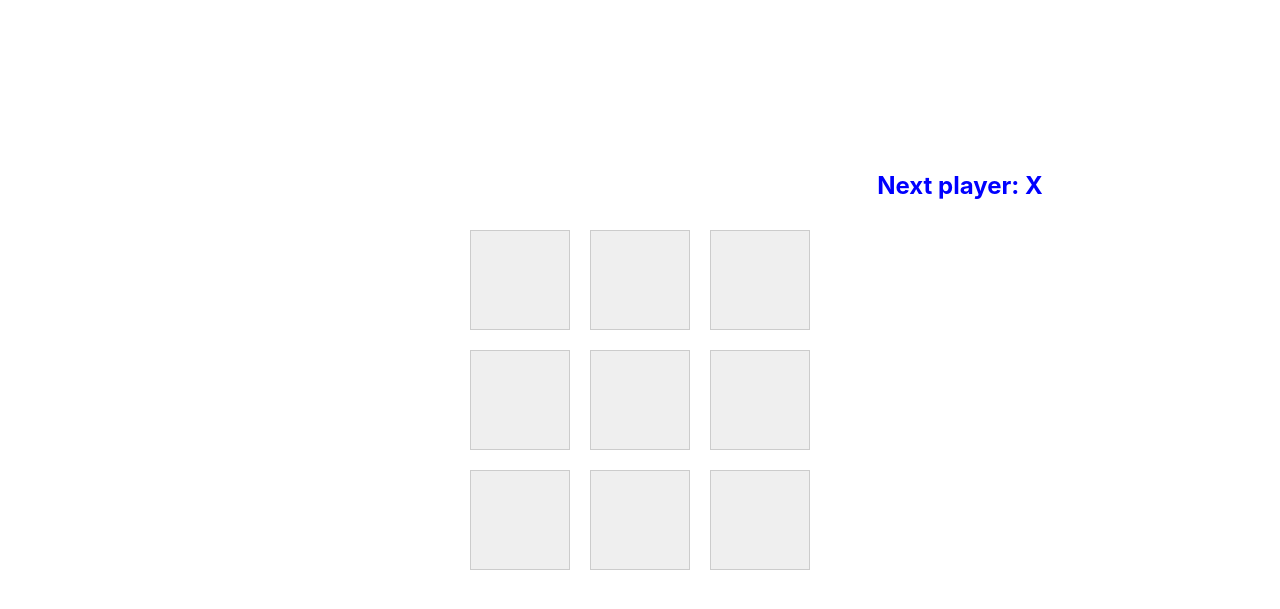
Repository: sedat-akdogan/React_Revision
Page: / (app in tic-tac-toe/)
These files come from the project's save history. The page is drawn as it stood at one moment and after the next save; the edit follows.
The browser window is 1280 px wide. The pictures show the whole page.
The project was rebuilt for these pictures with package versions that can differ from the ones it lists, and the page was loaded fresh each time.

Above is the page before, as saved 2023-05-13 00:50:01.

### tic-tac-toe/src/index.css
body {
    margin: 0;
    font-family: -apple-system, BlinkMacSystemFont, 'Segoe UI', 'Roboto', 'Oxygen',
        'Ubuntu', 'Cantarell', 'Fira Sans', 'Droid Sans', 'Helvetica Neue',
        sans-serif;
    -webkit-font-smoothing: antialiased;
    -moz-osx-font-smoothing: grayscale;
}

code {
    font-family: source-code-pro, Menlo, Monaco, Consolas, 'Courier New',
        monospace;
}

.main {
    display: flex;
    flex-direction: column;
    align-items: center;
    justify-content: center;
    height: 100vh;
}

.square {
    width: 100px;
    height: 100px;
    font-size: 50px;
    border: 1px solid #ccc;
    display: inline-block;
    justify-content: center;
    align-items: center;
}

.board-row {
    display: flex;
}

.board-row .square {
    margin: 10px;
}

.board-row:last-child .square {
    margin-bottom: 0;
}

.status {
    color: blue;
    font-size: 24px;
    margin-top: 20px;
    margin-bottom: 20px;
    margin-left: 50%;
    font-weight: bold;
}

### tic-tac-toe/src/App.js
import { useState } from 'react';


function Square({ value, onSquareClick }) {
    return (
        <button className="square" onClick={onSquareClick}>
            {value}
        </button>
    );
}

export default function Board() {
    const [xIsNext, setXIsNext] = useState(true);
    const [squares, setSquares] = useState(Array(9).fill(null));

    function handleClick(i) {
        if (squares[i] || calculateWinner(squares)) {
            return;
        }
        const nextSquares = squares.slice();
        if (xIsNext) {
            nextSquares[i] = 'X';
        } else {
            nextSquares[i] = 'O';
        }
        setSquares(nextSquares);
        setXIsNext(!xIsNext);
    }

    const winner = calculateWinner(squares);
    let status;
    if (winner) {
        status = "Winner: " + winner;
    } else {
        status = "Next player: " + (xIsNext ? "X" : "O");
    }

    return (
        <div className='main'>
            <div className="status">{status}</div>
            <div className="board-row">
                <Square value={squares[0]} onSquareClick={() => handleClick(0)} />
                <Square value={squares[1]} onSquareClick={() => handleClick(1)} />
                <Square value={squares[2]} onSquareClick={() => handleClick(2)} />
            </div>
            <div className="board-row">
                <Square value={squares[3]} onSquareClick={() => handleClick(3)} />
                <Square value={squares[4]} onSquareClick={() => handleClick(4)} />
                <Square value={squares[5]} onSquareClick={() => handleClick(5)} />
            </div>
            <div className="board-row">
                <Square value={squares[6]} onSquareClick={() => handleClick(6)} />
                <Square value={squares[7]} onSquareClick={() => handleClick(7)} />
                <Square value={squares[8]} onSquareClick={() => handleClick(8)} />
            </div>
        </div>
    );
}

function calculateWinner(squares) {
    const lines = [
        [0, 1, 2],
        [3, 4, 5],
        [6, 7, 8],
        [0, 3, 6],
        [1, 4, 7],
        [2, 5, 8],
        [0, 4, 8],
        [2, 4, 6]
    ];
    for (let i = 0; i < lines.length; i++) {
        const [a, b, c] = lines[i];
        if (squares[a] && squares[a] === squares[b] && squares[a] === squares[c]) {
            return squares[a];
        }
    }
    return null;
}

Loaded but not shown: tic-tac-toe/public/index.html (common file); tic-tac-toe/src/index.js (common file); tic-tac-toe/src/reportWebVitals.js (common file)

After the next save:
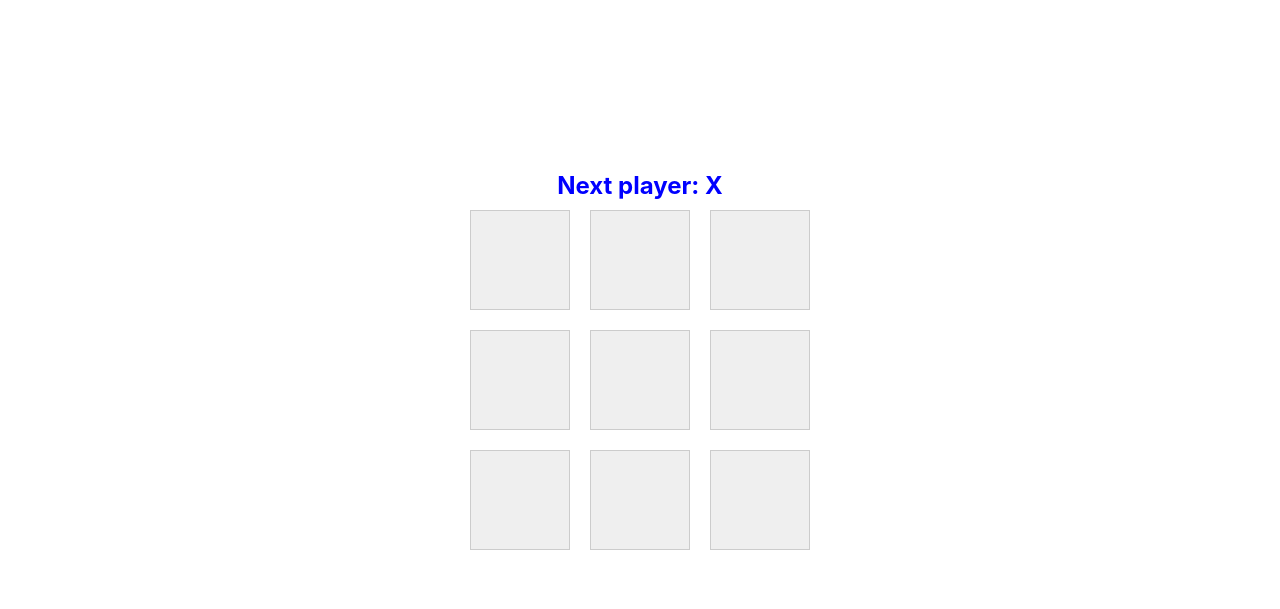
Saved 37 s later.
--- a/tic-tac-toe/src/index.css
+++ b/tic-tac-toe/src/index.css
@@ -45,8 +45,6 @@ code {
 .status {
     color: blue;
     font-size: 24px;
-    margin-top: 20px;
-    margin-bottom: 20px;
-    margin-left: 50%;
+
     font-weight: bold;
 }
